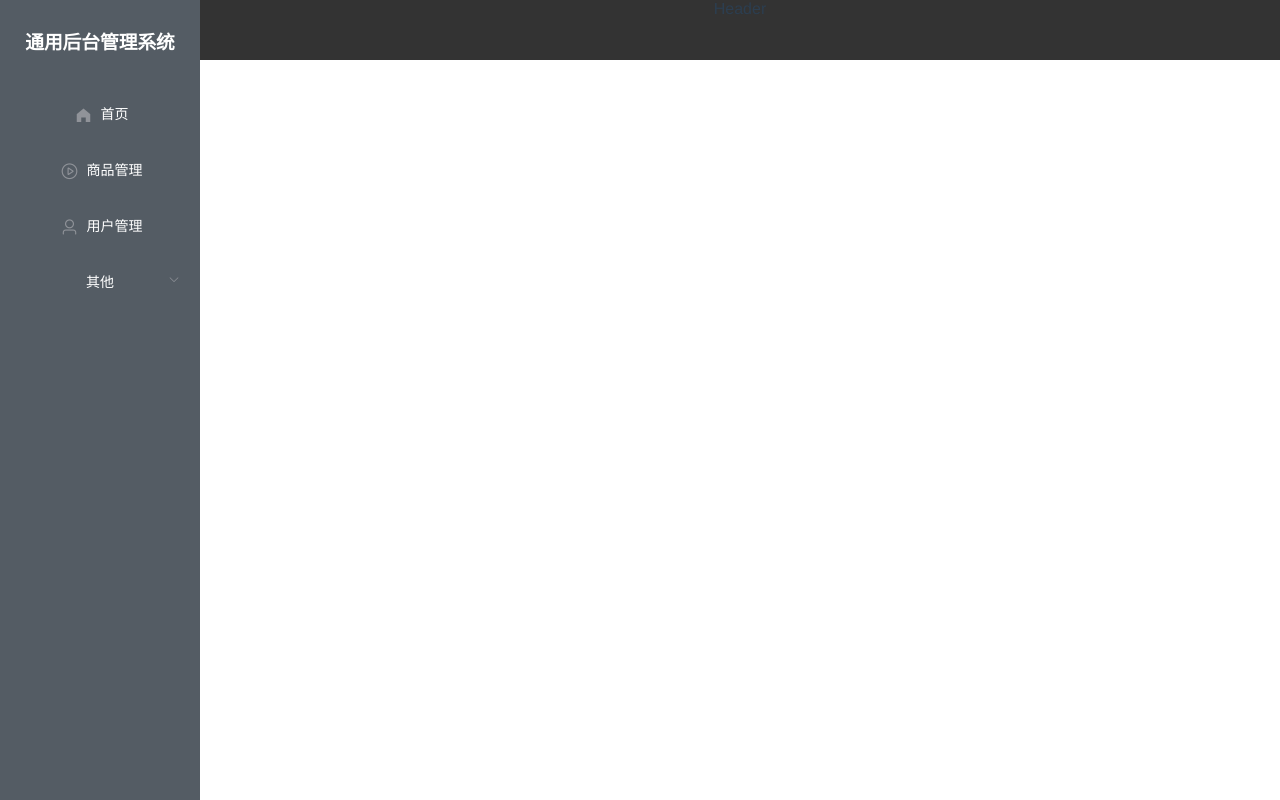
Repository: zhangwen001208/cmd
Page: /
These files come from the project's save history. The page is drawn as it stood at one moment and after the next save; the edit follows.
The browser window is 1280 px wide. The pictures show the whole page.
The project was rebuilt for these pictures with package versions that can differ from the ones it lists, and the page was loaded fresh each time. Also part of the build but not shown: vue.config.js. Imported but missing from the stored project, and not drawn on this page: src/components/homeHader.vue.

Above is the page before, as saved 2022-08-24 18:29:21.

After the next save:
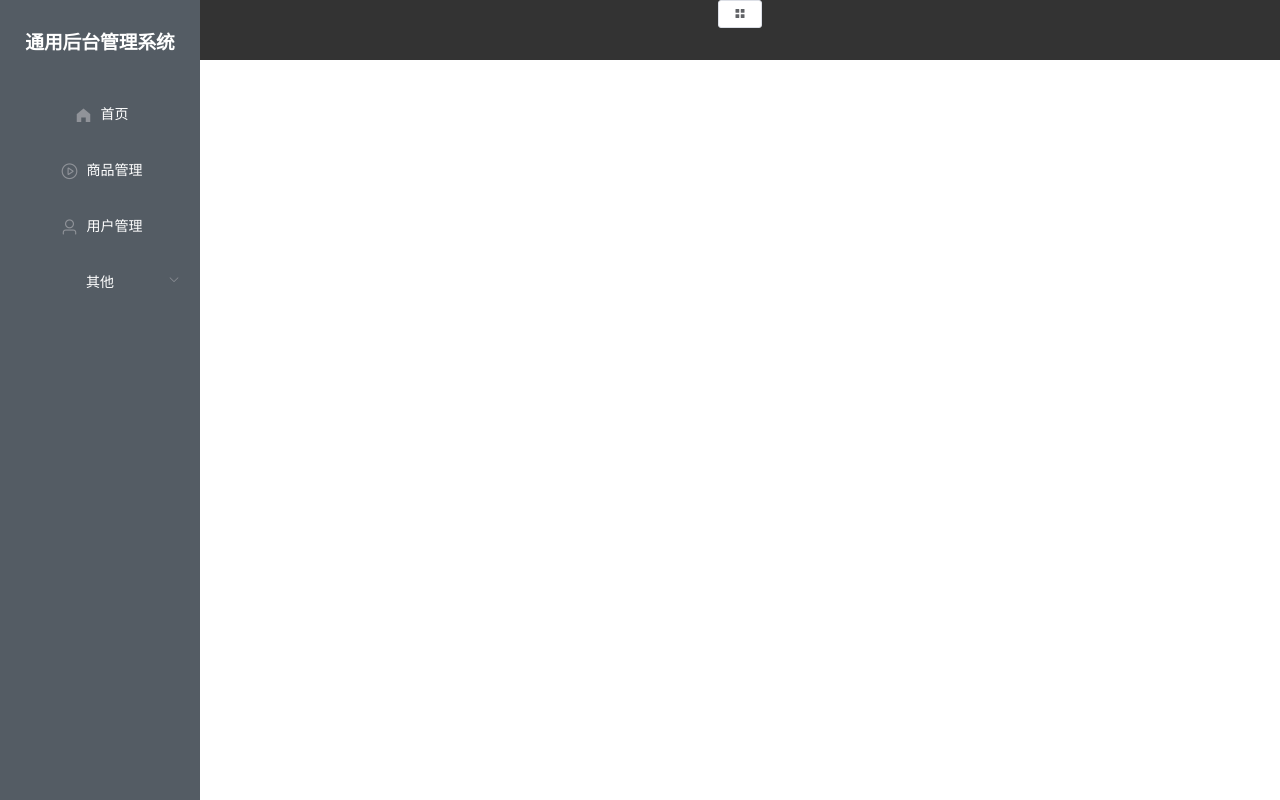
Saved 49 s later.
--- a/src/views/Main.vue
+++ b/src/views/Main.vue
@@ -5,7 +5,9 @@
           <home-aside/>
         </el-aside>
         <el-container>
-          <el-header class="header">Header</el-header>
+          <el-header class="header">
+            <home-header></home-header>
+          </el-header>
           <el-main>
           <router-view></router-view>
           </el-main>
@@ -17,14 +19,18 @@
 </template>
 
 <script>
+import HomeHeader from '@/components/homeHeader.vue'
 // @ is an alias to /src
 
 import HomeAside from '../components/HomeAside.vue'
+import homeHader from '../components/homeHader.vue'
 
 export default {
   name: 'HomeView',
   components: {
-    HomeAside
+    HomeAside,
+    homeHader,
+    HomeHeader
 
   }
 }
